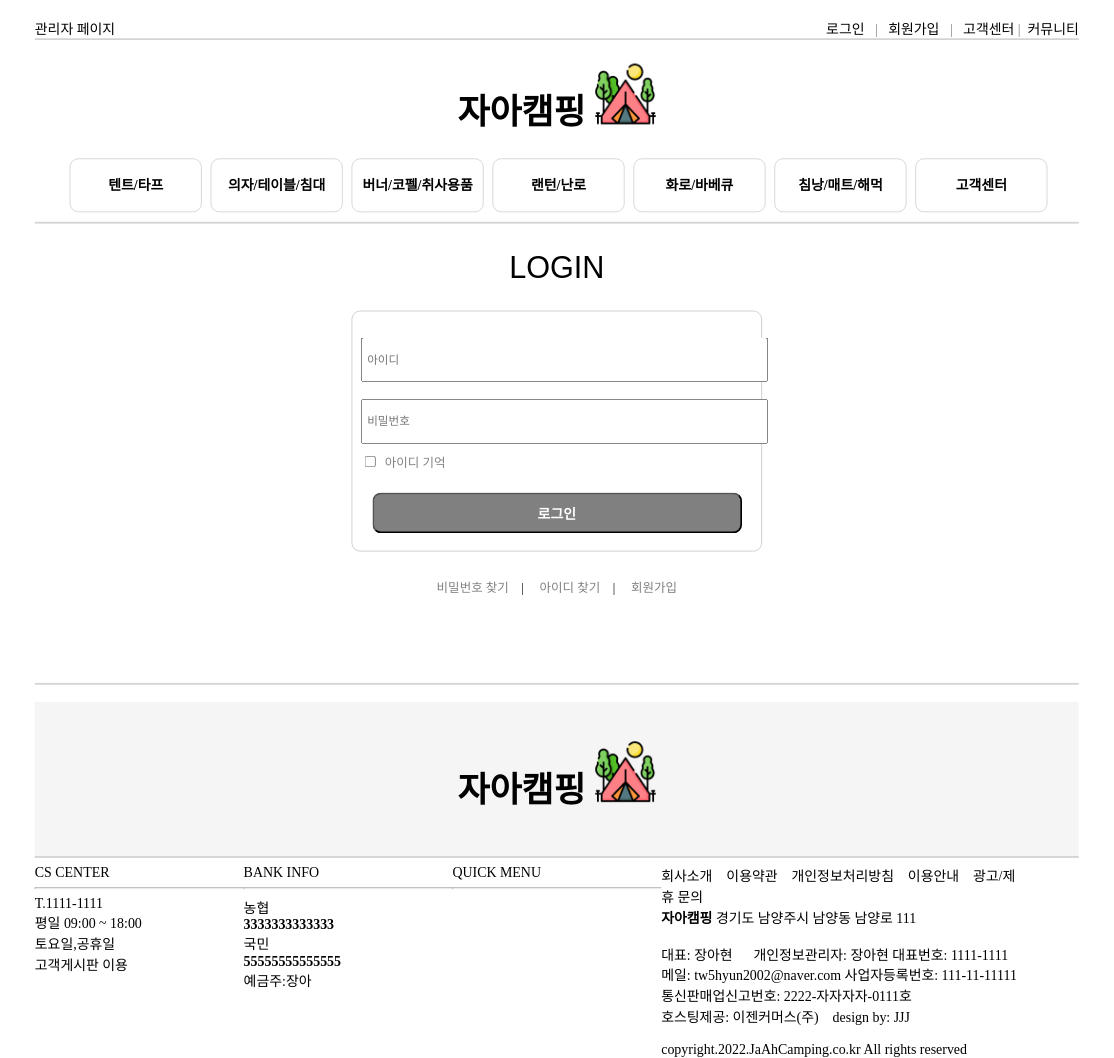
Repository: JJang-Ah/JSP-shoping-mall-project
Page: http://localhost/JaAhCamping/logon/memberLoginForm.jsp
These files come from the project's save history. The page is drawn as it stood at one moment and after the next save; the edit follows.
The browser window is 1280 px wide. The pictures show the whole page, at 87% of full size.
Some web fonts or font styles are not loaded; a fallback is used. The page is served by Tomcat 9. Other server files are loaded and not shown.

Above is the page before, as saved 2022-06-12 14:05:01.

### JaAhCamping/WebContent/logon/memberLoginForm.jsp
<%@ page language="java" contentType="text/html; charset=UTF-8"
    pageEncoding="UTF-8"%>
<!DOCTYPE html>
<html>
<head>
<meta charset="UTF-8">
<title>로그인 폼</title>
<style>
@import url('https://fonts.googleapis.com/css2?family=Hammersmith+One&family=Paytone+One&display=swap');
#container { width: 1200px; margin: 0 auto;}
/* 상단 - 메인, 서브 타이틀 */
.t_title { font-family: 'Hammersmith One', sans-serif; font-size: 2.2em; text-align: center; margin: 30px 0;}

/* 중단 - 입력창 */
.f_input { width: 450px; text-align: center; border: 1px solid #ccc; padding: 10px; margin: 30px auto; border-radius: 10px;}
.f_input .c_id, .f_input .c_pwd { height: 45px; margin-top: 20px; padding-left: 5px;}
.f_input .f_chk { text-align: left; margin-top: 10px; font-size: 0.9em; color: gray;}
.f_input #btn_Login { width: 425px; height: 47px; margin-top: 25px; background: gray; color: white;
 font-size: 16px; font-weight: bold; cursor: pointer; margin-top: 25px; margin-bottom: 10px; border-radius: 10px;}

 /* 하단 - 비밀번호 찾기, 아이디 찾기, 회원가입 */
 .f_a { text-align: center; margin-top: 30px; font-size: 0.9em;}
 .f_a a {color: gray;}
 .t_line { border: 1px solid #e9ecef; margin: 20px 0;}


</style>

<script>
	document.addEventListener("DOMContentLoaded", function() {
		let form = document.loginForm;
		// 로그인 버튼을 클릭했을 때 유효성 검사 (공백 유무)
		let btn_Login = document.getElementById("btn_Login");
		btn_Login.addEventListener("click", function() {
			if(!form.id.value) {
				alert('아이디를 입력하시오.!');
				form.id.focus();
				return;
			}

			if(!form.pwd.value) {
				alert('비밀번호를 입력하시오.!');
				form.pwd.focus();
				return;
			}

			// 아이디 기억하기
			let now = new Date(); // 오늘 날짜
			let name = "cookieId"; // 쿠키 이름
			let value = form.id.value; // 쿠키 값

			if(form.chk.checked == true) { // 체크박스를 체크했을 때 -> 쿠키 생성
				// 만료시간: 지금으로부터 7일 후로 설정, 만료시간으로 사용
				now.setDate(now.getDate() + 7);
			} else { // 체크박스를 해제했을 때 -> 쿠키 삭제
				// 만료시간: 지금 시간으로 설정
				now.setDate(now.getDate() + 0);
			}

			// 쿠키 생성시에 필요한 정보 - 쿠키의 이름과 값, 위치, 만료시간
			// ;path=/;expires= : 현재 페이지의 위치
			document.cookie = name + "=" + escape(value) + ";path=/;expires=" +now.toGMTString() + ";";

			form.submit();
		})


		// 쿠키가 생성되어 있을 때 쿠키에 저장된 값인 아이디를 아이디 입력상자에 놓도록 하는 작업
		// 쿠키 확인 - 쿠키가 존재한다면
		if(document.cookie.length > 0) {
			var search = "cookieId=";
			var idx = document.cookie.indexOf(search); // 쿠키 중에서 cookieId=이 나오는 위치
			if(idx != -1) { // cookieId값이 존재한다면
				idx += search.length;
				var end = document.cookie.indexOf(';', idx);

				if(end == -1) {
					end = document.cookie.length;
				}

				form.id.value = document.cookie.substring(idx, end);
				form.chk.checked = true;
			}
		}
	})
</script>
</head>
<body>

<div id="container">
	<jsp:include page="../mall/shopTop.jsp"></jsp:include>
	<div class="t_title">LOGIN</div>

	<form action="memberLoginPro.jsp" method="post" name="loginForm">
		<div class="f_input">
			<div class="f_id"><input type="text" id="id" name="id" class="c_id" placeholder="아이디" size="55"></div>
			<div class="f_pwd"><input type="password" id="pwd" name="pwd" class="c_pwd" placeholder="비밀번호" size="55"></div>
			<div class="f_chk">
				<input type="checkbox" id="chk" class="c_chk" size="55" name="chk">&nbsp;
				<label for="chk">아이디 기억</label>
			</div>
			<div class="f_submit"><input type="button" value="로그인" id="btn_Login"></div>
		</div>
		<div class="f_a">
			<a href="#">비밀번호 찾기</a>&emsp;|&emsp;
			<a href="#">아이디 찾기</a>&emsp;|&emsp;
			<a href="../member/memberJoinForm.jsp">회원가입</a>
		</div>
	</form>
	<hr class="t_line">
	<jsp:include page="../mall/shopBottom.jsp"></jsp:include>
</div>

</body>
</html>

### JaAhCamping/WebContent/mall/shopTop.jsp
<%@ page language="java" contentType="text/html; charset=UTF-8"
    pageEncoding="UTF-8"%>
<!DOCTYPE html>
<html>
<head>
<meta charset="UTF-8">
<title>Insert title here</title>
<link href="https://fonts.googleapis.com/css2?family=Do+Hyeon&display=swap" rel="stylesheet">

<style>
#container { width: 1200px; margin: 20px auto;}
/* 상단 */
a { text-decoration: none; color: black;}
.t_box1 { text-align: right;}
.t_box1 #admin_page { display: inline-block; float: left;}
.t_box1 .user_menu { display: inline-block; float: right; color: gray;}
.h_line { clear: both; border: 1px solid lightgray; margin-top: 20px;}
.title { text-align: center; font-family: 'Do Hyeon', sans-serif; font-size: 40px;}
#camping { width: 70px; height: 70px;}
#title_sub_go { font-size: 0.8em;}

/* 메뉴 */
.m_menu { list-style: none; font-weight: bold;}
.m_menu .m_m_list { display: inline-block; float: left; width: 150px; height: 60px;
margin-right: 10px; border: 1px solid lightgray; text-align: center; line-height: 60px; border-radius: 10px;}
.m_menu > .m_m_list { position: relative;}
.m_menu { color: black;}
.m_menu > .m_m_list:hover >.s_menu { display: block;}
.m_m_list > .s_menu { display: none; position: absolute; top: 61px; border: 1px solid lightgray; background: white; border-radius: 10px;}
.s_menu .s_m_list { text-align: left; width: 200px;}

.t_line { clear: both; border: 1px solid lightgray; margin-top: 100px;}
</style>
</head>
<body>
<%
request.setCharacterEncoding("utf-8");

String memberId = (String)session.getAttribute("memberId");

if(memberId == null) {

}

%>
<div id="container">

	<div class="t_box1"> <%--  --%>
		<div id="admin_page"><a href="http://localhost:8088/JaAhCamping/manager/managerMain.jsp">관리자 페이지</a></div>
		<div class="user_menu">
		<%if(memberId == null) {  %>
			<a href="http://localhost:8088/JaAhCamping/logon/memberLoginForm.jsp"><span>로그인</span></a>&ensp; |&ensp;
			<a href="http://localhost:8088/JaAhCamping/member/memberJoinForm.jsp"><span>회원가입</span></a>&ensp; |&ensp;
		<%} else { %>
			<a href="../member/memberInfoForm.jsp"><span><%=memberId %>님</span></a>&ensp; |&ensp;
			<a href="../logon/memberLogout.jsp"><span>로그아웃</span></a>&ensp; |&ensp;
			<a href="#"><span>장바구니</span></a>&ensp; |&ensp;
		<%} %>
		<a href="#">고객센터</a>&nbsp;|&nbsp;
		<a href="#">커뮤니티</a>
		</div>
	</div>
	<hr class="h_line">

	<%-- 상단 제목 --%>
	<h1 class="title"><a href="http://localhost:8088/JaAhCamping/mall/shopAll.jsp">자아캠핑&nbsp;<img alt="camping" src="/JaAhCamping/icons/camping.png" id="camping"></a></h1>



	<nav class="menu">
		<ul class="m_menu">
			<li class="m_m_list"><a href="#">텐트/타프</a>
				<div class="s_menu">
					<ul>
						<li class="s_m_list"><a href="#">텐트</a></li>
						<li class="s_m_list"><a href="#">텐트관련품</a></li>
						<li class="s_m_list"><a href="#">타프</a></li>
						<li class="s_m_list"><a href="#">폴대/펙/스트링/스토퍼</a></li>
						<li class="s_m_list"><a href="#">공구</a></li>
						<li class="s_m_list"><a href="#">기타(텐트/타프)</a></li>
					</ul>
				</div>
			</li>
			<li class="m_m_list"><a href="#">의자/테이블/침대</a>
				<div class="s_menu">
					<ul>
						<li class="s_m_list"><a href="#">의자</a></li>
						<li class="s_m_list"><a href="#">테이블</a></li>
						<li class="s_m_list"><a href="#">선반/수납가구</a></li>
						<li class="s_m_list"><a href="#">야전침대</a></li>
						<li class="s_m_list"><a href="#">퍼니쳐</a></li>
						<li class="s_m_list"><a href="#">기타(의자/테이블/침대)</a></li>
					</ul>
				</div>
			</li>
			<li class="m_m_list"><a href="#">버너/코펠/취사용품</a>
				<div class="s_menu">
					<ul>
						<li class="s_m_list"><a href="#">버너</a></li>
						<li class="s_m_list"><a href="#">코펠</a></li>
						<li class="s_m_list"><a href="#">취사용품</a></li>
						<li class="s_m_list"><a href="#">식기류</a></li>
						<li class="s_m_list"><a href="#">기타(버터/코펠/취사용품)</a></li>
					</ul>
				</div>
			</li>
			<li class="m_m_list"><a href="#">랜턴/난로</a>
				<div class="s_menu">
					<ul>
						<li class="s_m_list"><a href="#">랜턴</a></li>
						<li class="s_m_list"><a href="#">후레쉬</a></li>
						<li class="s_m_list"><a href="#">난로</a></li>
						<li class="s_m_list"><a href="#">액세서리</a></li>
						<li class="s_m_list"><a href="#">기타(랜턴/난로)</a></li>
					</ul>
				</div>
			</li>
			<li class="m_m_list"><a href="#">화로/바베큐</a>
				<div class="s_menu">
					<ul>
						<li class="s_m_list"><a href="#">화로대</a></li>
						<li class="s_m_list"><a href="#">바베큐 그릴</a></li>
						<li class="s_m_list"><a href="#">토치</a></li>
						<li class="s_m_list"><a href="#">바베큐 소품</a></li>
						<li class="s_m_list"><a href="#">기타(화로/바베큐)</a></li>
					</ul>
				</div>
			</li>
			<li class="m_m_list"><a href="#">침낭/매트/해먹</a>
				<div class="s_menu">
					<ul>
						<li class="s_m_list"><a href="#">침낭</a></li>
						<li class="s_m_list"><a href="#">베개/쿠션/방석</a></li>
						<li class="s_m_list"><a href="#">매트</a></li>
						<li class="s_m_list"><a href="#">해먹</a></li>
						<li class="s_m_list"><a href="#">기타(침낭/매트/해먹)</a></li>
					</ul>
				</div>
			</li>
			<li class="m_m_list"><a href="#">고객센터</a>
			</li>
		</ul>
	</nav>
	<hr class="t_line">
</div>

</body>
</html>

### JaAhCamping/WebContent/mall/shopBottom.jsp
<%@ page language="java" contentType="text/html; charset=UTF-8"
    pageEncoding="UTF-8"%>
<!DOCTYPE html>
<html>
<head>
<meta charset="UTF-8">
<title>Insert title here</title>
<style>
#container_bottom {  width: 100%; background: #f5f5f5;}

.b_line { border: 1px solid lightgray; margin-top: 50px;}

.b_boxes div { display: inline-block; float: left;}
.b_box1 { width: 20%;}
.b_box2 { width: 20%;}
.b_box3 { width: 20%;}
.b_box4 { width: 35%;}


</style>
</head>
<body>
<div id="container_bottom">
	<br>
	<h1 class="title"><a href="http://localhost:8088/JaAhCamping/mall/shopAll.jsp">자아캠핑&nbsp;<img alt="camping" src="/JaAhCamping/icons/camping.png" id="camping"></a></h1>
	<hr class="b_line">
	<div class="b_boxes">
		<div class="b_box1">
			<span>CS CENTER</span>
			<hr>
			<span>T.1111-1111</span><br>
			<span>평일 09:00 ~ 18:00<br>
			토요일,공휴일<br>
			고객게시판 이용</span>
		</div>
		<div class="b_box2">
			<span>BANK INFO</span>
			<hr>
			<span>
			농협 <br>
			<b>3333333333333</b><br>
			국민<br>
			<b>55555555555555</b><br>
			예금주:장아
			</span>
		</div>
		<div class="b_box3">
			<span>QUICK MENU</span>
			<hr>
			<div>

			</div>
		</div>
		<div class="b_box4">
		회사소개 &ensp; 이용약관 &ensp; 개인정보처리방침 &ensp; 이용안내 &ensp; 광고/제휴 문의<br>
		<b>자아캠핑</b>
		<span>
		경기도 남양주시 남양동 남양로 111 <br><br>
		대표: 장아현 &ensp;&ensp; 개인정보관리자: 장아현
		대표번호: 1111-1111&ensp;&ensp; 메일: tw5hyun2002@naver.com
		사업자등록번호: 111-11-11111<br>
		통신판매업신고번호: 2222-자자자자-0111호<br>
		호스팅제공: 이젠커머스(주)&ensp;&ensp;design by: JJJ<br><br>
		copyright.2022.JaAhCamping.co.kr All rights reserved
		</span>

		</div>
	</div>

</div>
</body>
</html>

After the next save:
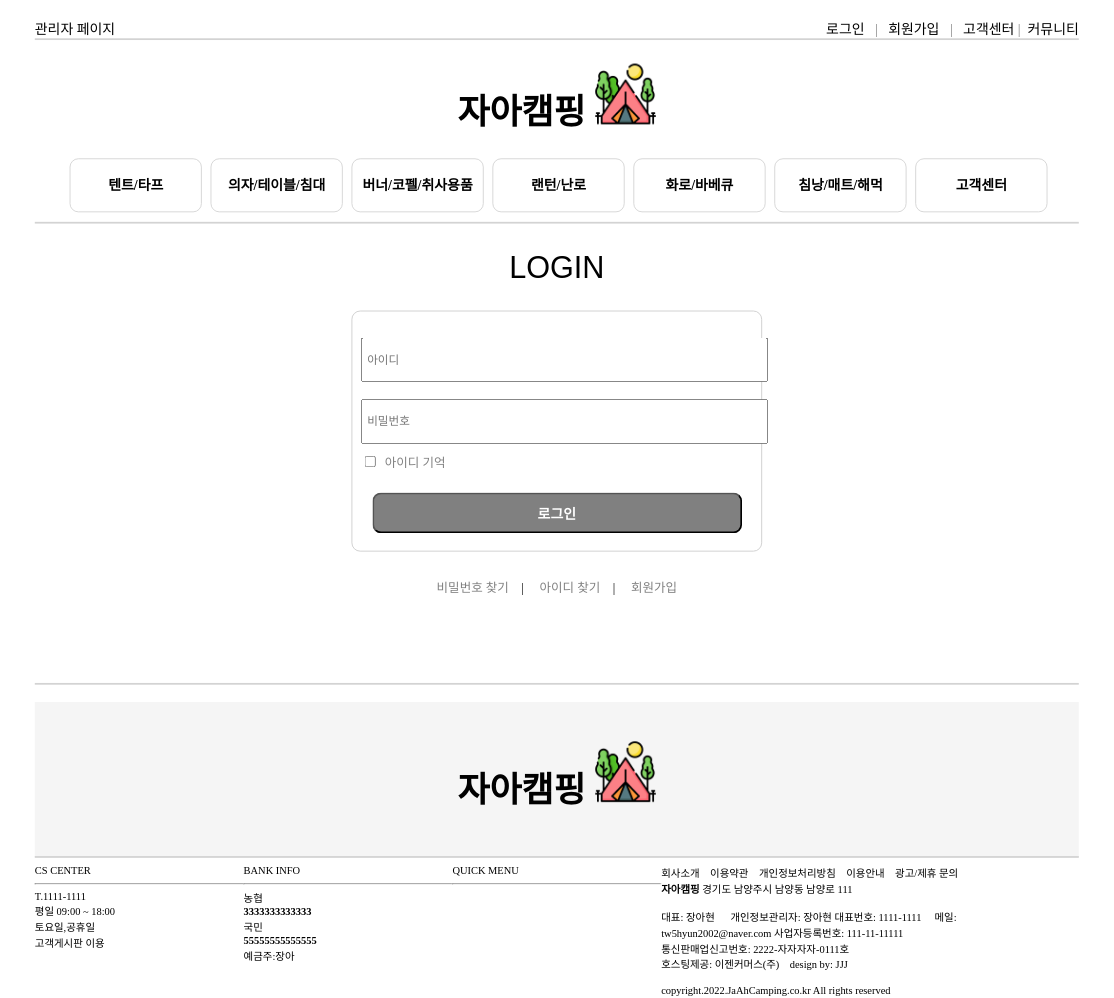
Saved 29 s later.
--- a/JaAhCamping/WebContent/mall/shopBottom.jsp
+++ b/JaAhCamping/WebContent/mall/shopBottom.jsp
@@ -9,7 +9,7 @@
 #container_bottom {  width: 100%; background: #f5f5f5;}
 
 .b_line { border: 1px solid lightgray; margin-top: 50px;}
-
+.b_boxes { font-size: 12px;}
 .b_boxes div { display: inline-block; float: left;}
 .b_box1 { width: 20%;}
 .b_box2 { width: 20%;}
